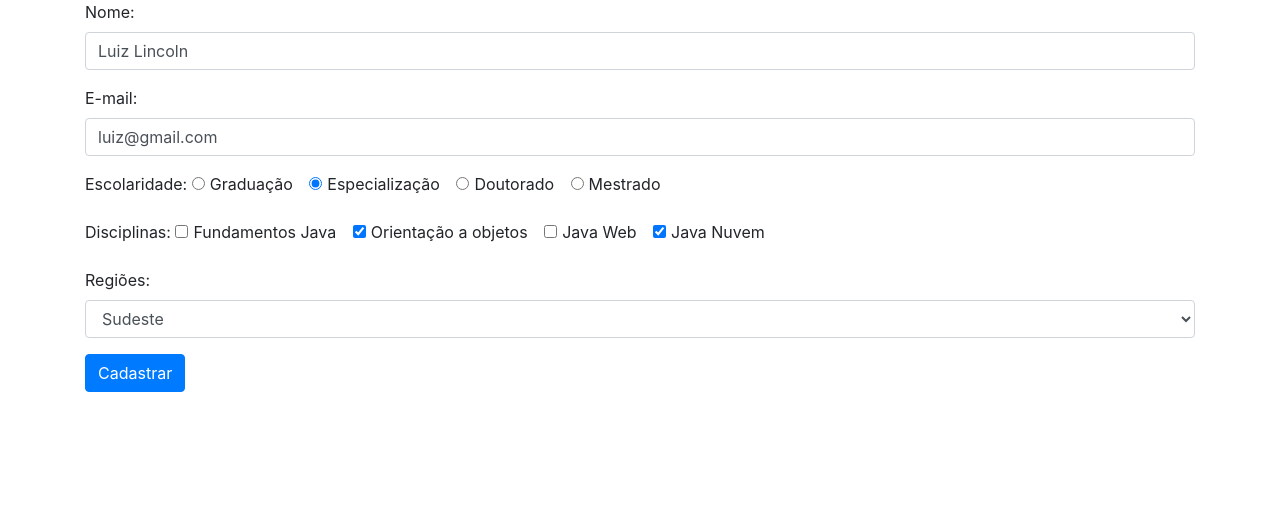
Repository: luizlav001/AT_Java_Web
Page: App2021/WebContent/home.html
An editor plug-in stored every save of this project. The page is shown before and after the next save, followed by the edit.
The browser window is 1280 px wide. The pictures show the whole page.

Above is the page before, as saved 2021-11-19 00:49:56.

After the next save:
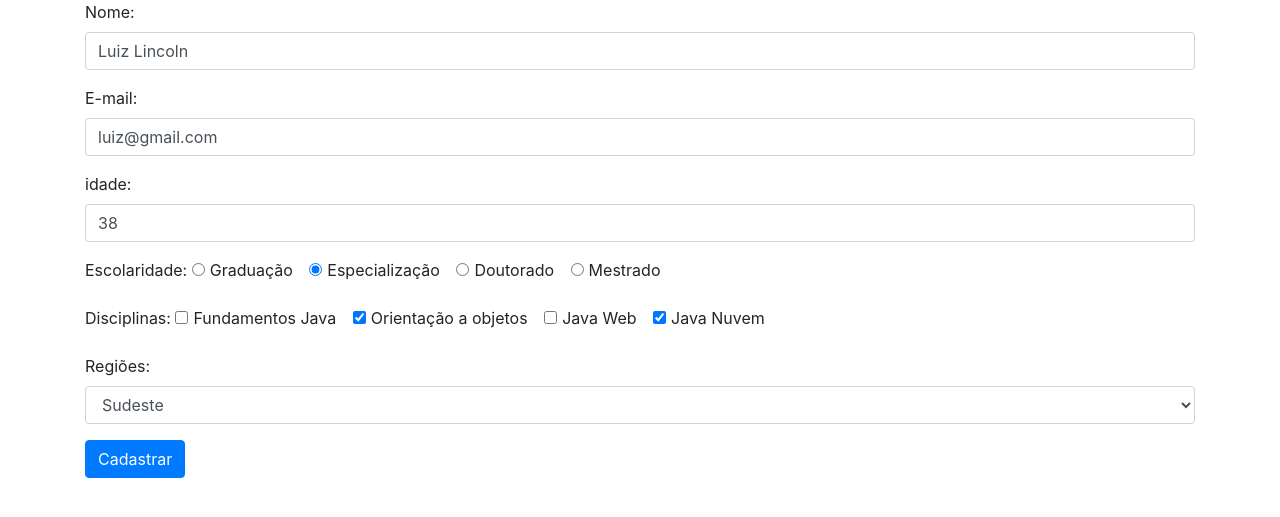
Saved 5 min 1 s later.
--- a/App2021/WebContent/home.html
+++ b/App2021/WebContent/home.html
@@ -17,6 +17,11 @@
 			<div class="form-group">
 				<label>E-mail:</label>
 				<input value="luiz@gmail.com"  type="email"class="form-control" placeholder="Entre com seu email"name="email">
+			</div>
+
+			<div class="form-group">
+				<label>idade:</label>
+				<input value="38" type="text" class="form-control" placeholder="Entre com sua idade" name="idade">
 			</div>
 
 			<div class="form-group">
